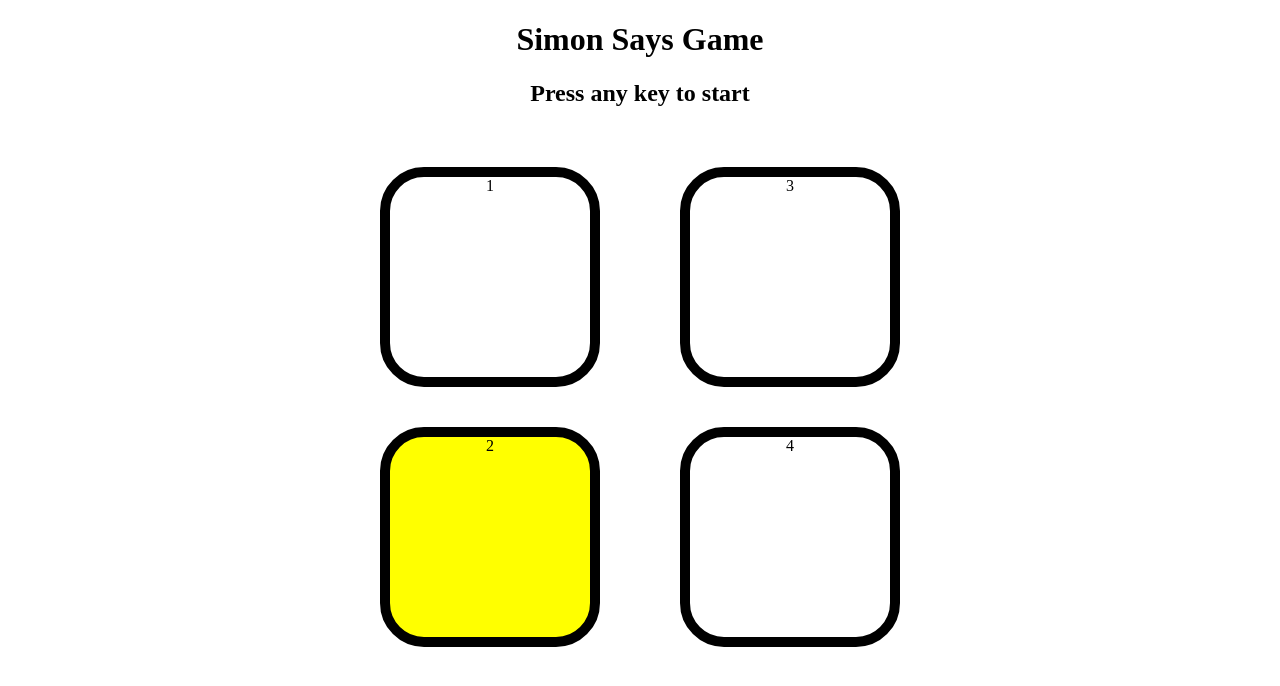
Repository: Manish-tomar-aligarh/Simon-Says-Game
Page: index.html
An editor plug-in stored every save of this project. The page is shown before and after a run of saves, followed by the edit.
The browser window is 1280 px wide. The pictures show the whole page.

Above is the page before, as saved 2025-05-25 11:30:47.

After the next 2 saves:
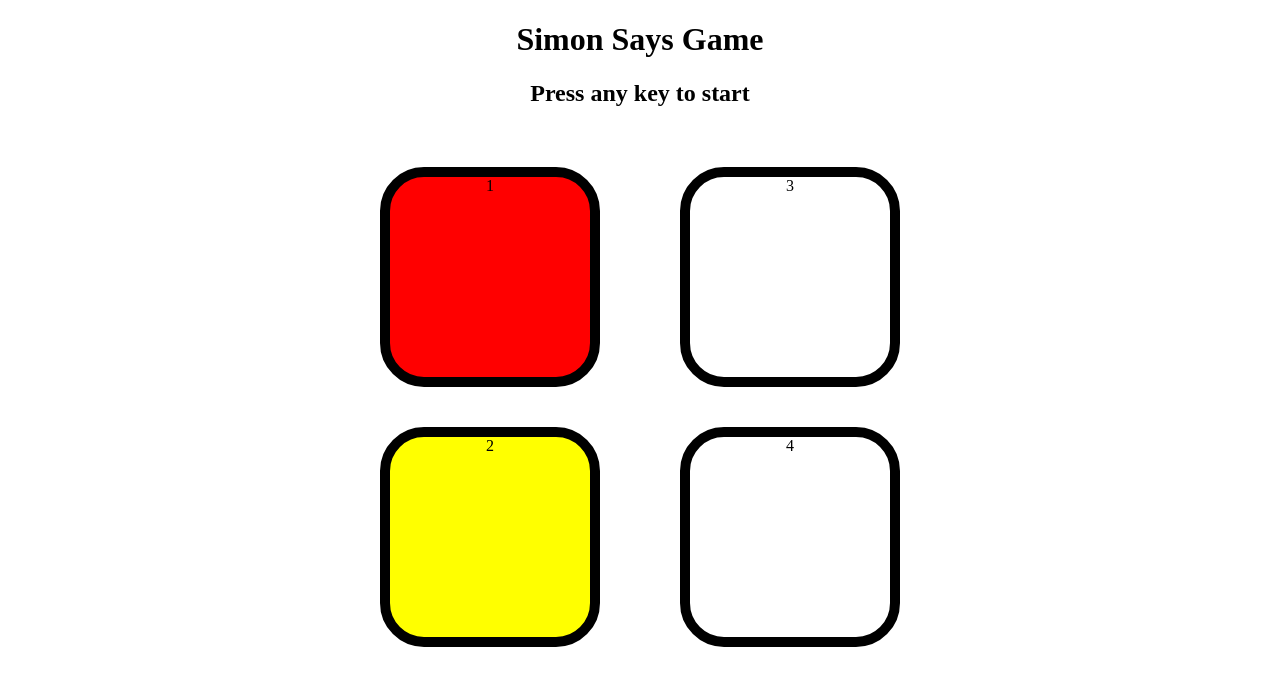
The 2 saves are shown as one change because they came seconds apart.
The last was saved 7 s later.
--- a/style.css
+++ b/style.css
@@ -18,4 +18,6 @@ body{
 .yellow{
     background-color: yellow;
 }
-.
+.red{
+    background-color: red;
+}
